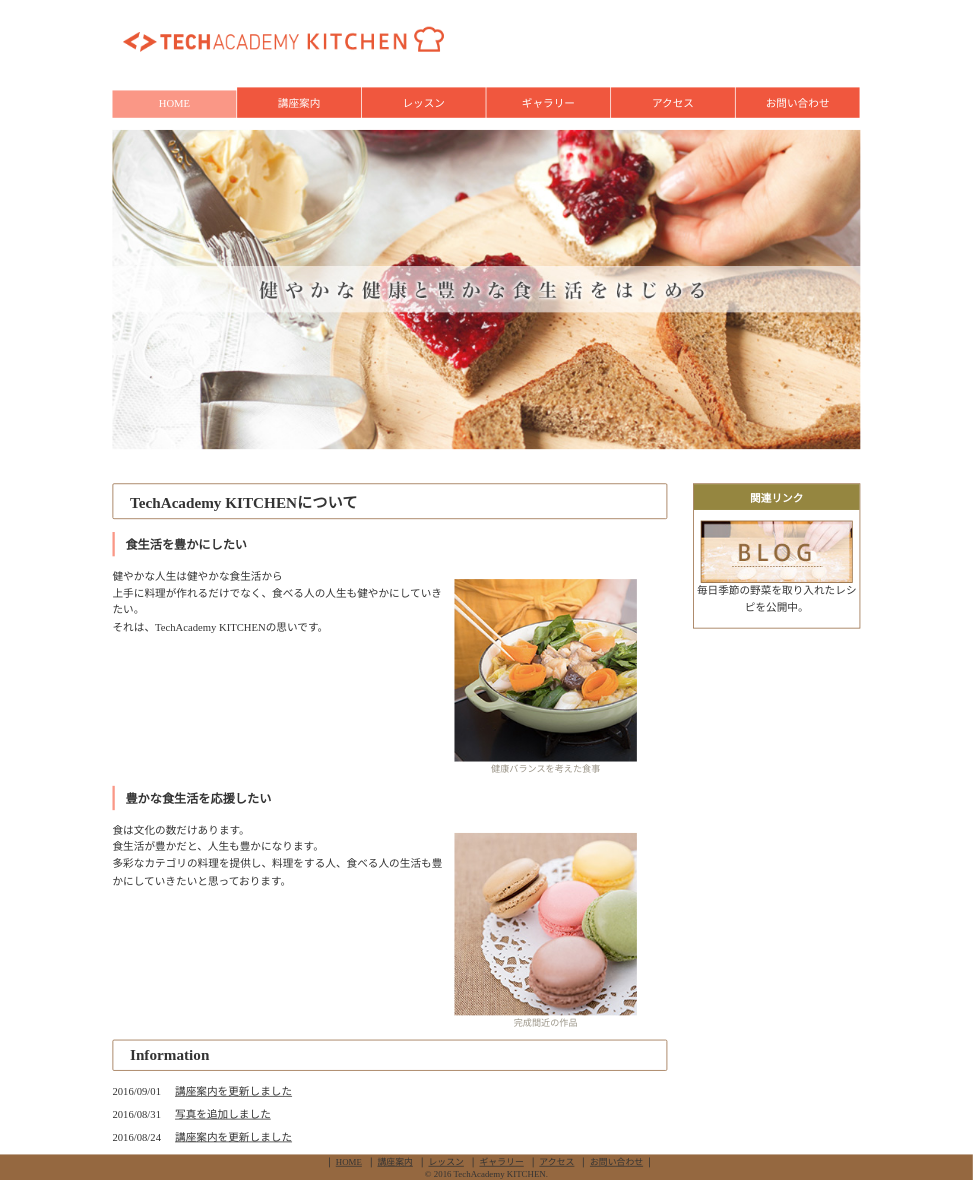
Repository: m1j1nk0/microposts2
Page: lesson-htmlcss/kitchen.html
The author's editor kept a record of every edit. The page is drawn from the files as they stood at one moment, then again after the next edit.
The browser window is 1280 px wide. The pictures show the whole page, at 76% of full size.

Above is the page before.

### lesson-htmlcss/kitchen.html
<!doctype html>
<html lang="ja">
    <head>
        <meta charset="UTF-8">
        <title>Techacademy KITCHEN</title>
        <link rel="stylesheet" href="kitchen.css">
    </head>
    <body>
        <!--ここからヘッダ-->
        <header>
            <h1><a href="kitchen.html"><img src="images_kitchen/logo.png" alt="Techacademy KITCHEN"></a></h1>
            <nav id ="global_navi">
                <ul>
                    <li class="current"><a href="kitchen.html">HOME</a></li>
                    <li><a href="course.html">講座案内</a></li>
                    <li><a href="lesson.html">レッスン</a></li>
                    <li><a href="gallery.html">ギャラリー</a></li>
                    <li><a href="access.html">アクセス</a></li>
                    <li><a href="contact.html">お問い合わせ</a></li>
                </ul>
            </nav>
        </header>
        <!--ヘッダここまで-->


        <!--ここからメインビジュアル画像-->
        <div id="main_visual">
            <img src="images_kitchen/main_visual.jpg" alt="健やかな健康と豊かな食生活をはじめる">
        </div>
        <!--メインビジュアル画像ここまで-->


        <!--ここからwrapper-->
        <div id="wrapper" class="clearfix">
            <!--ここからメイン-->
            <div id="main">
                <section id="point">
                    <h2>TechAcademy KITCHENについて</h2>
                    <section class="clearfix">
                        <h3>食生活を豊かにしたい</h3>
                        <figure>
                            <img src="images_kitchen/photo01.jpg" alt="TechAcademy KITCHENについて">
                            <figcaption>健康バランスを考えた食事</figcaption>
                        </figure>
                        <p>
                            健やかな人生は健やかな食生活から<br>
                            上手に料理が作れるだけでなく、食べる人の人生も健やかにしていきたい。<br>
                            それは、TechAcademy KITCHENの思いです。
                        </p>
                    </section>
                    <section class="clearfix">
                        <h3>豊かな食生活を応援したい</h3>
                        <figure>
                            <img src="images_kitchen/photo02.jpg" alt="TechAcademy KITCHENについて2">
                            <figcaption>完成間近の作品</figcaption>
                        </figure>
                        <p>
                            食は文化の数だけあります。<br>
                            食生活が豊かだと、人生も豊かになります。<br>
                            多彩なカテゴリの料理を提供し、料理をする人、食べる人の生活も豊かにしていきたいと思っております。
                        </p>
                    </section>
                </section>
                <section id="news">
                    <h2>Information</h2>
                    <ul>
                        <li>
                            <span>2016/09/01</span>
                            <a href="course.html">講座案内を更新しました</a>
                        </li>
                        <li>
                            <span>2016/08/31</span>
                            <a href="gallery.html">写真を追加しました</a>
                        </li>
                        <li>
                            <span>2016/08/24</span>
                            <a href="course.html">講座案内を更新しました</a>
                        </li>
                    </ul>
                </section>
            </div>
            <!--メインここまで-->
            <!--ここからサイド-->
            <aside id="sidebar">
                <section id="side_banner">
                    <h2>関連リンク</h2>
                    <ul>
                        <li>
                            <a href="https://techacademy.jp/magazine/" target="_blank"><img src="images_kitchen/banner01.jpg" alt="ブログ"></a>
                            <p>毎日季節の野菜を取り入れたレシピを公開中。</p>
                        </li>
                    </ul>

                </section>
            </aside>
            <!--サイドここまで-->
        </div>
        <!--wrapperここまで-->


        <!--ここからfooter-->
        <footer>
            <div id="footer_navi">
                <ul>
                    <li><a href="kitchen.html">HOME</a></li>
                    <li><a href="course.html">講座案内</a></li>
                    <li><a href="lesson.html">レッスン</a></li>
                    <li><a href="gallery.html">ギャラリー</a></li>
                    <li><a href="access.html">アクセス</a></li>
                    <li><a href="contact.html">お問い合わせ</a></li>
                </ul>
            </div>
            <small>&copy; 2016 TechAcademy KITCHEN.</small>
        </footer>
        <!--ffooterここまで-->


    </body>
</html>

### lesson-htmlcss/kitchen.css
@charset "UTF-8";

body{
    margin: 0;
    padding: 0;
    color: #333;
    font-size: 14px;
}

a{
    color: #333;
}

a:visited{
    color: #333;
}

a:hober{
    color:#333;
    font-weight: 700;
    text-decoration: none;
}


h1,h2,h3,h4,h5,h6{
    margin-top: 0;
}


p{
    margin-top: 0;
    line-height: 1.6;
}

img{
    vertical-align: bottom;
}

#main h2{
    background: #fff;
    font-size: 20px;
    padding: 8px 22px;
    border-radius: 2px;
    border: 1px solid #956840;
}

#main h3{
    font-size: 16px;
    border-left: solid 3px #fa9786;
    padding: 4px 9px 4px 14px;
}

header{
    width: 984px;
    margin: 0 auto;
}

header h1{
    margin: 5px 0 10px;
}

#global_navi{
    margin-bottom: 16px;
}

/*
#global_navi ul{
    list-style: none;
    margin: 0;
    padding: 0;
}

#global_navi ul li{
    display: inline-block;
    width: 164px;
    text-align: center;
}
*/

#global_navi ul li a{
    display:block;
    padding:10px 16px;
    background-color:#f0573e;
    color:#fff;
    text-decoration:none;
    transition:background-color .2s linear;    /*これなに？*/
}

#global_navi ul{
    font-size: 0;
    list-style: none;
    margin: 0;
    padding: 0;
}

#global_navi ul li{
    font-size: 14px;
    display: inline-block;
    width: 163px;
    margin-right: 1px;
    text-align: center;
}

#global_navi ul li.current a {
    background-color: #fa9786;
}

#global_navi ul li a:hover{
    background-color : #fa9786;
}


#main_visual{
    width: 984px;
    height: 440px;
    margin: 0 auto 25px;
}

#wrapper{
    width:984px;
    margin: 0 auto;
}

#main{
    width: 730px;
    float: left;
}

#sidebar{
    width: 220px;
    float: right;
}

.clearfix::after{
    content: '';
    display: block;
    clear: both;
}

#point figure{
    float:right;
    margin-left:16px;
}

#point figcaption{
    font-size: 12px;
    color: #9C9689;
    text-align: center;
}

#news ul{
    list-style: none;
    padding: 0;
}

#news li{
    margin-bottom:10px;
}

#news li a{
    margin-left:15px;
}



#side_banner ul{
    list-style: none;
    padding: 0;
}

#side_banner{
    margin-bottom: 30px;
    border: 1px solid #956840;
    text-align: center;
}

#side_banner h2{
    background-color: #958640;
    color:#fff;
    padding: 7px;
    font-size:14px;
    text-align: center;
}




footer #footer_navi ul{
    list-style:none;
    margin:0;
    padding:0;
    text-align:center;
}

footer{
    background-color: #956840;
    text-align:center;
}
footer #fotter_navi{
    background-color: #f0f0f0;
    padding: 10px 0;
}

footer #footer_navi li{
    display: inline;
    border-left: solid 1px #333;
    margin-left: 8px;
    padding-left: 8px;
    font-size: smaller;
}

footer #footer_navi li:last-child{
    border-right: solid 1px #333;
    padding: 0 8px;
}

After the next edit:
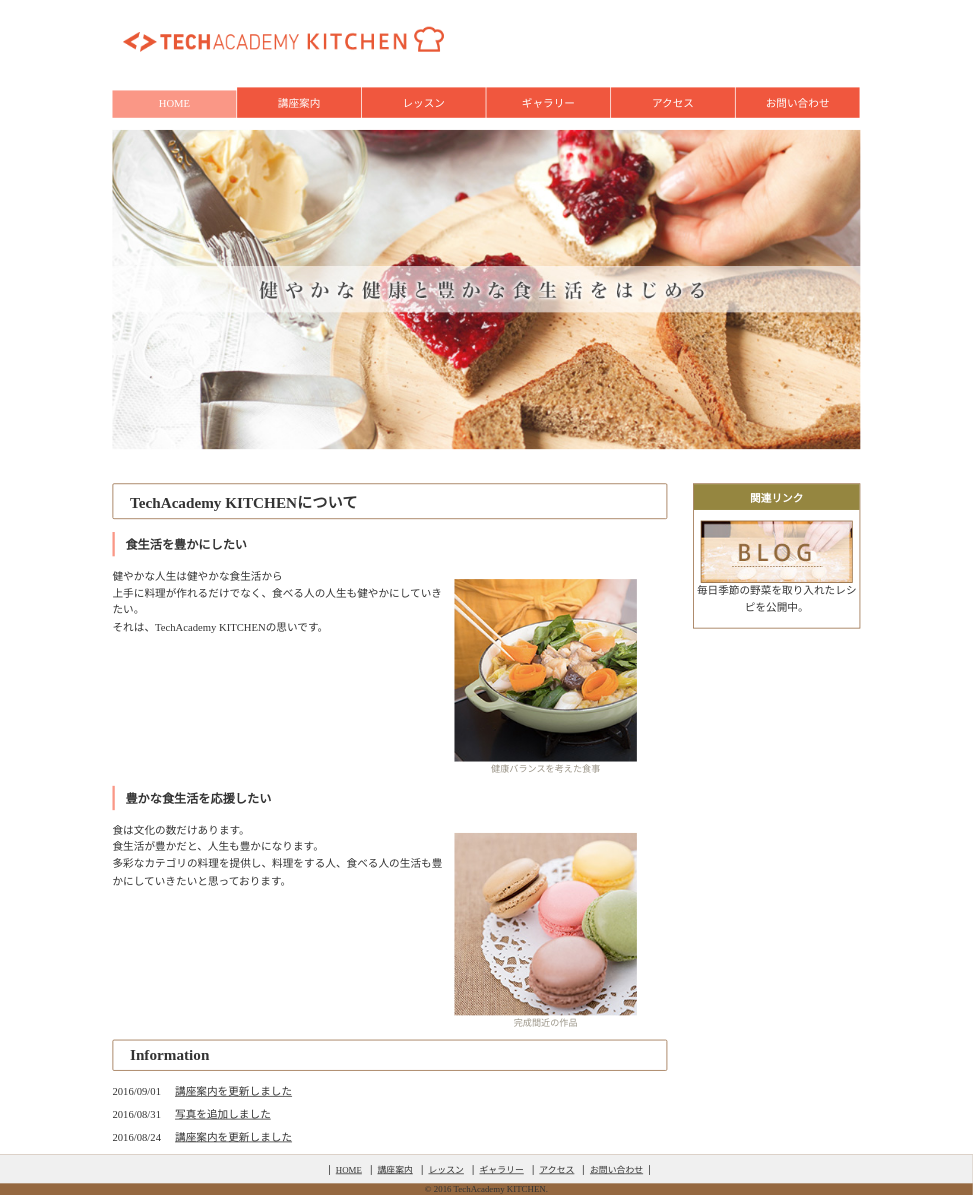
The edit:
--- a/lesson-htmlcss/kitchen.css
+++ b/lesson-htmlcss/kitchen.css
@@ -196,7 +196,7 @@
     background-color: #956840;
     text-align:center;
 }
-footer #fotter_navi{
+footer #footer_navi{
     background-color: #f0f0f0;
     padding: 10px 0;
 }
